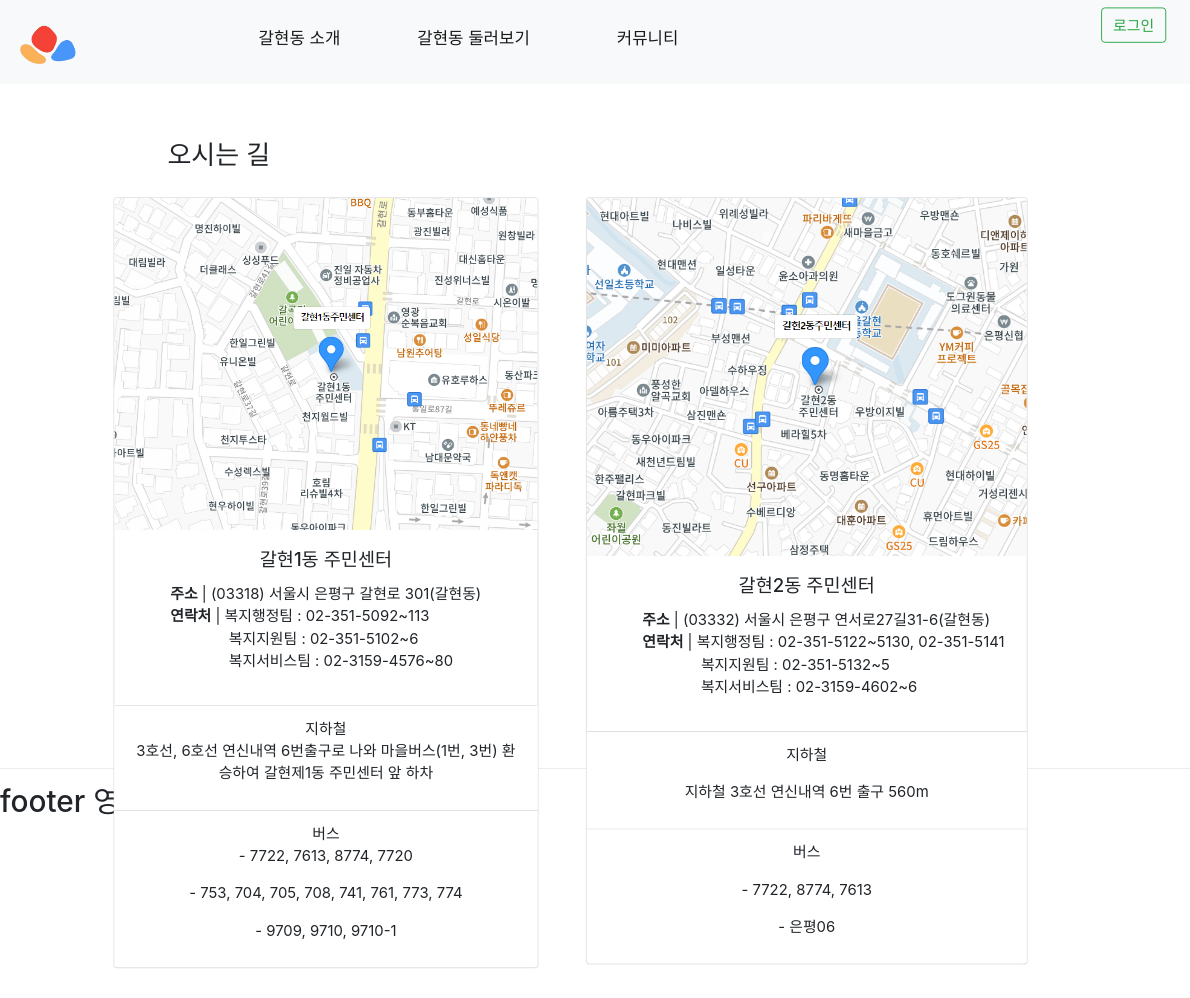
Repository: rnjsmj/pro01
Page: http://localhost/pro01/intro/map.jsp
An editor plug-in stored every save of this project. The page is shown before and after the next save, followed by the edit.
The browser window is 1280 px wide. The pictures show the whole page, at 93% of full size.
The page is served by Tomcat 9. Nobody is signed in. The application's start-up code is not run. Other server files are loaded and not shown. The template is opened directly, without the code that normally fills it, so the values that code supplies are empty.

Above is the page before, as saved 2024-04-14 16:25:43.

### pro01/WebContent/intro/map.jsp
<%@ page language="java" contentType="text/html; charset=UTF-8"
    pageEncoding="UTF-8"%>
<%@ taglib prefix="c" uri="http://java.sun.com/jsp/jstl/core" %>
<%@ taglib prefix="fmt" uri="http://java.sun.com/jsp/jstl/fmt" %>
<c:set var="path0" value="<%=request.getContextPath() %>" />
<!DOCTYPE html>
<html>
<head>
<meta charset="UTF-8">
<title>갈현동 소개 - 지역 유래</title>
<%@ include file="/head.jsp" %>
<style>
	#contents { background-color: #ffffff; height:100vh; text-align:center;justify-content:center; display:grid; }
	.page { padding : 2em; text-align : center; justify-content:center; width:1100px;}
	.map-main {text-align:center; width:100%}
	.div-map1 {float:left; text-align:center;  width:49%; box-sizing:border-box;}
	.div-map2 {float:right; text-align:center;  width:51%; box-sizing:border-box;}


	.box_list { display: inline-block; vertical-align: middle; list-style:none;

    unicode-bidi: isolate;
    text-align:left;}

    .box_item {display:block; position:relative; list-style:none;
    display: inline-block;
    margin: 0;
    padding: 0;
    box-sizing: border-box;
    text-align:left;}
    .box_subject {
    top: 0;
    left: 0;
    font-size: 16px;
    line-height: 24px;
    display: inline-block;
    margin: 0;
    padding: 0;
    box-sizing: border-box;
    text-align:left;
    font-weight:bold;
    }
    .bax-text {
    	position: absolute;
    top: 0;
    left: 0;
    font-size: 16px;
    line-height: 24px;
    display: inline-block;
    margin: 0;
    padding: 0;
    box-sizing: border-box;
    }
    .card {width:90%;}
    .page_title {text-align:left; width:960px; margin:auto;  padding-top:1em; padding-bottom:1em; padding-left:20px;}


</style>
</head>
<body>
<div id="header">
	<%@ include file="/header.jsp" %>
</div>
<div id="contents">
	<section class="page" id="page1">

		<div class="map-main">
			<h3 class="page_title">오시는 길</h3>
			<div class="div-map1">
				<div class="card" >
					<img class="card-img-top" src="${path0 }/images/main/map1.png" alt="갈현1동주민센터">
					<div class="card-body">
						<h5 class="card-title">갈현1동 주민센터</h5>
						<ul class="box_list">
							<li class="box_item address">
								<span class="box_subject">주소   </span>
								<span class="box_text">  |  (03318) 서울시 은평구 갈현로 301(갈현동)</span>
							</li>
							<li class="box_item contect">
								<span class="box_subject">연락처  </span>
								<span class="box_text">   |  복지행정팀 : 02-351-5092~113</span><br>&nbsp;&nbsp;&nbsp;&nbsp;&nbsp;&nbsp;&nbsp;&nbsp;&nbsp;&nbsp;&nbsp;&nbsp;&nbsp;
								<span class="box_text">복지지원팀 : 02-351-5102~6</span><br>&nbsp;&nbsp;&nbsp;&nbsp;&nbsp;&nbsp;&nbsp;&nbsp;&nbsp;&nbsp;&nbsp;&nbsp;&nbsp;
								<span class="box_text">복지서비스팀 : 02-3159-4576~80</span>

							</li>
						</ul>
					</div>
					<ul class="list-group list-group-flush">
						<li class="list-group-item">지하철
							<p> 3호선, 6호선 연신내역 6번출구로 나와 마을버스(1번, 3번) 환승하여 갈현제1동 주민센터 앞 하차</p></li>
						<li class="list-group-item">버스
							<p> - 7722, 7613, 8774, 7720 </p>
							<p> - 753, 704, 705, 708, 741, 761, 773, 774 </p>
							<p> - 9709, 9710, 9710-1 </p>
						</li>
					</ul>
				</div>
			</div>

			<div class="div-map2">
				<div class="card" >
					<img class="card-img-top" src="${path0 }/images/main/map2.png" alt="갈현2동주민센터">
					<div class="card-body">
						<h5 class="card-title">갈현2동 주민센터</h5>
						<ul class="box_list">
							<li class="box_item address">
								<span class="box_subject">주소   </span>
								<span class="box_text">  |  (03332) 서울시 은평구 연서로27길31-6(갈현동)</span>
							</li>
							<li class="box_item contect">
								<span class="box_subject">연락처  </span>
								<span class="box_text">   |  복지행정팀 : 02-351-5122~5130, 02-351-5141</span><br>&nbsp;&nbsp;&nbsp;&nbsp;&nbsp;&nbsp;&nbsp;&nbsp;&nbsp;&nbsp;&nbsp;&nbsp;&nbsp;
								<span class="box_text">복지지원팀 : 02-351-5132~5</span><br>&nbsp;&nbsp;&nbsp;&nbsp;&nbsp;&nbsp;&nbsp;&nbsp;&nbsp;&nbsp;&nbsp;&nbsp;&nbsp;
								<span class="box_text">복지서비스팀 : 02-3159-4602~6</span>

							</li>
						</ul>
					</div>
					<ul class="list-group list-group-flush">
						<li class="list-group-item"><p>지하철</p>
							<p> 지하철 3호선 연신내역 6번 출구 560m</p></li>
						<li class="list-group-item"><p>버스</p>
							<p> - 7722, 8774, 7613 </p>
							<p> - 은평06 </p>
						</li>
					</ul>
				</div>
			</div>
		</div>
	</section>
</div>
<div id="footer">
	<%@ include file="/footer.jsp" %>
</div>
</body>
</html>

### pro01/WebContent/head.jsp
<%@ page language="java" contentType="text/html; charset=UTF-8"
    pageEncoding="UTF-8"%>
<%@ taglib prefix="c" uri="http://java.sun.com/jsp/jstl/core" %>
<%@ taglib prefix="fmt" uri="http://java.sun.com/jsp/jstl/fmt" %>
<c:set var="ipath" value="<%= request.getContextPath() %>" />
<script src="${ipath }/js/jquery-3.2.1.min.js"></script>
<link rel="stylesheet" href="${ipath }/css/bootstrap.min.css" />
<link rel="stylesheet" href="https://cdnjs.cloudflare.com/ajax/libs/font-awesome/5.7.0/css/all.min.css" />
<script src="${ipath }/js/bootstrap.min.js"></script>
<meta name="viewport" content="width=device-width, initial-scale=1.0">
<meta name="subject" content="갈현동 소개 (Galhyeon-dong Intro)" />
<meta name="description" content="갈현동, 로데오거리, 맛집, 교통" />
<meta name="keywords" content="갈현동, 갈현1동, 갈현2동, 거리, 맛집, 교통편, 연신내역, 연신내, 구산역, 구산동, 구파발, 로데오거리, 연신내로데오거리, 메트로타워, 주점" />
<link rel="icon" href="${ipath }/images/favicon.png" />
<link rel="shortcut icon" href="${ipath}/images/favicon3.png" />
<meta property="og:type" content="website" />
<meta property="og:title" content="갈현동" />
<meta property="og:description" content="갈현동, 로데오거리, 맛집, 교통" />
<meta property="og:image" content="${ipath }/images/site.png" />
<meta property="og:url" content="http://localhost:8091" />
<link rel="stylesheet" href="${ipath }/css/common.css" />

### pro01/WebContent/header.jsp
<%@ page language="java" contentType="text/html; charset=UTF-8"
    pageEncoding="UTF-8"%>
<%@ taglib prefix="c" uri="http://java.sun.com/jsp/jstl/core" %>
<%@ taglib prefix="fmt" uri="http://java.sun.com/jsp/jstl/fmt" %>
<c:set var="hpath" value="<%=request.getContextPath() %>" />

<style>
	.navbar {width:100%; clear:both; display:block;}

	.navbar-brand { float:left; margin-right:80px; margin-top:0px; }
	#gnb {width:100%; height:90px; position:absoulute; top:0px; min-width:1100px; }
	.div-navbar {width:100%; display:block; float:left; }
	#gnb .navbar-nav { width:60%; margin:0auto; float:left; display:block; min-width:606px; text-align:center; margin-left:5%; height:80px;}
	#gnb .nav-item {float:left; position:relative; width:25%; height:80px; line-height:50px; text-align:center; display:block;  }
	#gnb .nav-item a {display:block; }
	.nav-link {font-size:18px;}


	#gnb .sub_menu {display:none; list-style:none; text-align:left; background-color:#ffffff; margin-top:10px; }
	#gnb .sub_menu a {text-decoration:none; color:black;}
	#gnb .sub_menu a:hover {font-weight:600; color:#69634e; }
	#gnb .item .sub_menu li {background-color:#ffffff; }
	#gnb .nav-item:hover .sub_menu {display:block; }
	#gnb .nav-item:hover a.nav-link{font-weight:600; }
	#gnb a {text-decoration:none;}

	.mem-manage {text-align:right;   width:200px; float:right;}
	.ul-mem {list-style:none; }
	.li-mem {list-style:none; margin-left:10px; margin-right:10px; float:right; display:block;}


</style>
<header>
	<nav class="navbar navbar-light bg-light" id="gnb">
	<div class="div-navbar">
  		<a class="navbar-brand" href="/pro01"><img alt="갈현동" src="${hpath }/images/favicon3.png" width=70px></a>
		<ul class="navbar-nav">
    		<li class="nav-item active"><a class="nav-link">갈현동 소개</a>
    			<ul class="sub_menu">
    				<li><a href="${hpath }/intro/origin.jsp">지명유래</a></li>
    				<li><a href="${hpath }/intro/map.jsp">오시는 길</a></li>
    			</ul>
    		</li>
    		<li class="nav-item active"><a class="nav-link">갈현동 둘러보기</a>
    			<ul class="sub_menu">
    				<li><a href="">주요시설 안내</a></li>
    				<li><a href="">맛집 안내</a></li>
    				<li><a href="${hpath }/TrafficList.do">교통편 안내</a></li>
    			</ul>
    		</li>
    		<li class="nav-item active"><a class="nav-link">커뮤니티</a>
    			<ul class="sub_menu">
    				<li><a href="${hpath }/NoticeList.do">공지사항</a></li>
    				<li><a href="${hpath }/QnaList.do">묻고답하기</a></li>
    				<li><a href="">자료실</a></li>
    			</ul>
    		</li>
    		<c:if test="${not empty sid }">
				<c:if test="${!sid.equals('admin')}">
				<li class="nav-item active"><a class="nav-link href="${hpath }/MemberUpdate.do?id=${sid}">마이페이지</a></li>
				</c:if>
				<c:if test="${sid.equals('admin') }">
				<li class="nav-item active"><a class="nav-link href="${hpath }/admin">관리자페이지</a></li>
				</c:if>
			</c:if>
  		</ul>
  		<div class="mem-manage justify-content-end">
  			<ul class="ul-mem">
  				<c:if test="${not empty sid }">
  				<li class="li-mem">
  					<img alt="이미지" src="${hpath }/images/member-icon.svg" width=20px;>
  					<strong>${sname }</strong>
  				</li>
  				<li class="li-mem">
  					<a class="btn btn-outline-success my-2 my-sm-0" href="${hpath }/Logout.do">로그아웃</a>
  				</li>
  				</c:if>
  				<c:if test="${empty sid}">
  				<li class="li-mem">
  					<a class="btn btn-outline-success my-2 my-sm-0" href="${hpath }/member/login.jsp" >로그인</a>
  				</li>
  				</c:if>
  			</ul>
  		</div>
  	</div>
	</nav>
</header>

### pro01/WebContent/footer.jsp
<%@ page language="java" contentType="text/html; charset=UTF-8"
    pageEncoding="UTF-8"%>
<hr>
<footer>
	<h2>footer 영역</h2>
</footer>

### pro01/WebContent/css/common.css
@charset "UTF-8";
#contents {min-height:100%; height:auto; padding-bottom:100px; }
#header {clear:both; height:90px;  min-width:1100px; }
#footer { /*background-color:#2c2c2c; color:#fff;
	position:relative; transform:translateY(-100%); height:100px;*/ }

Loaded but not shown: pro01/WebContent/js/jquery-3.2.1.min.js (library); pro01/WebContent/css/bootstrap.min.css (library); pro01/WebContent/js/bootstrap.min.js (library)

After the next save:
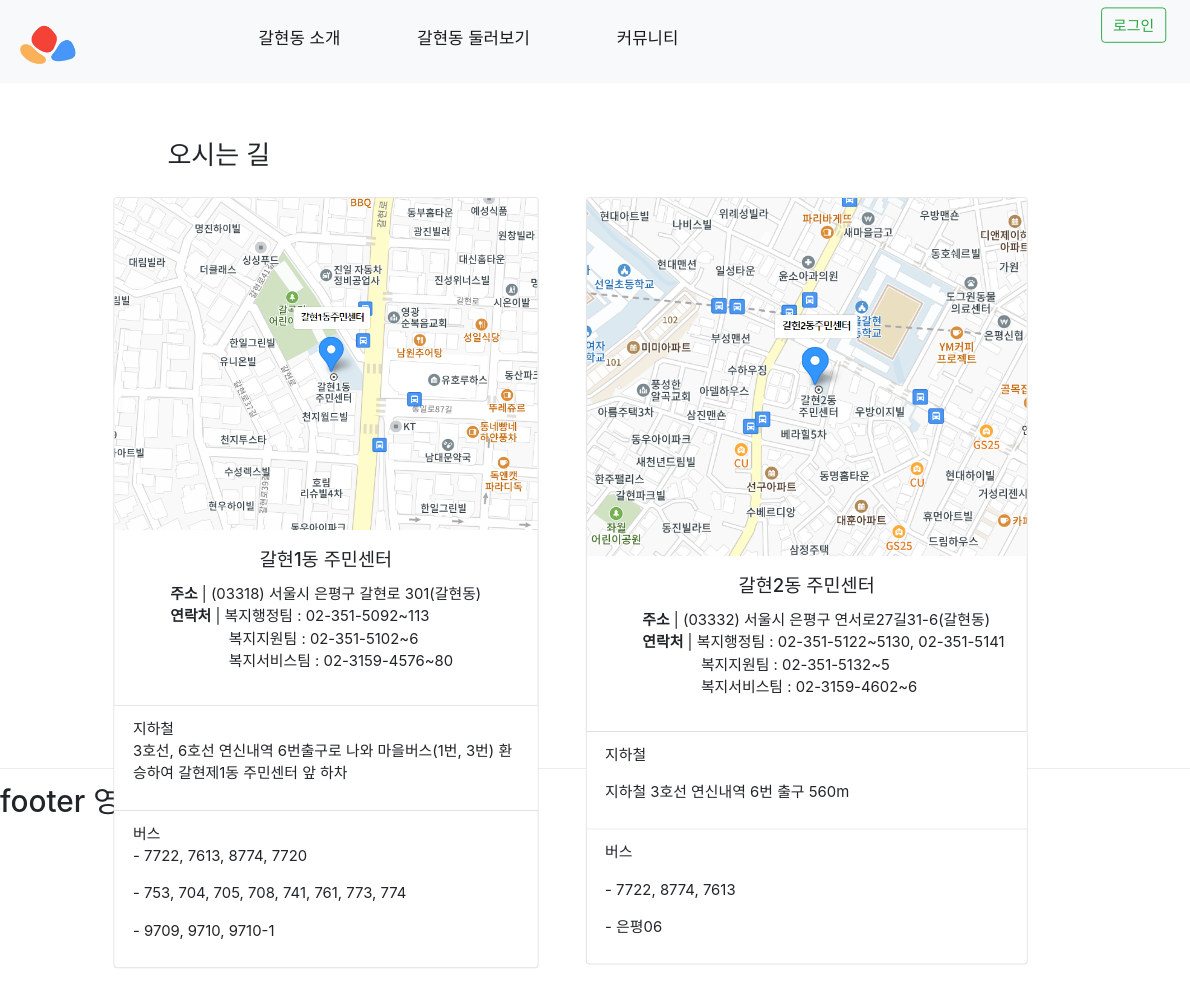
Saved 16 s later.
--- a/pro01/WebContent/intro/map.jsp
+++ b/pro01/WebContent/intro/map.jsp
@@ -53,7 +53,7 @@
     }
     .card {width:90%;}
     .page_title {text-align:left; width:960px; margin:auto;  padding-top:1em; padding-bottom:1em; padding-left:20px;}
-
+    .list-group {text-align:left;}
 
 </style>
 </head>
